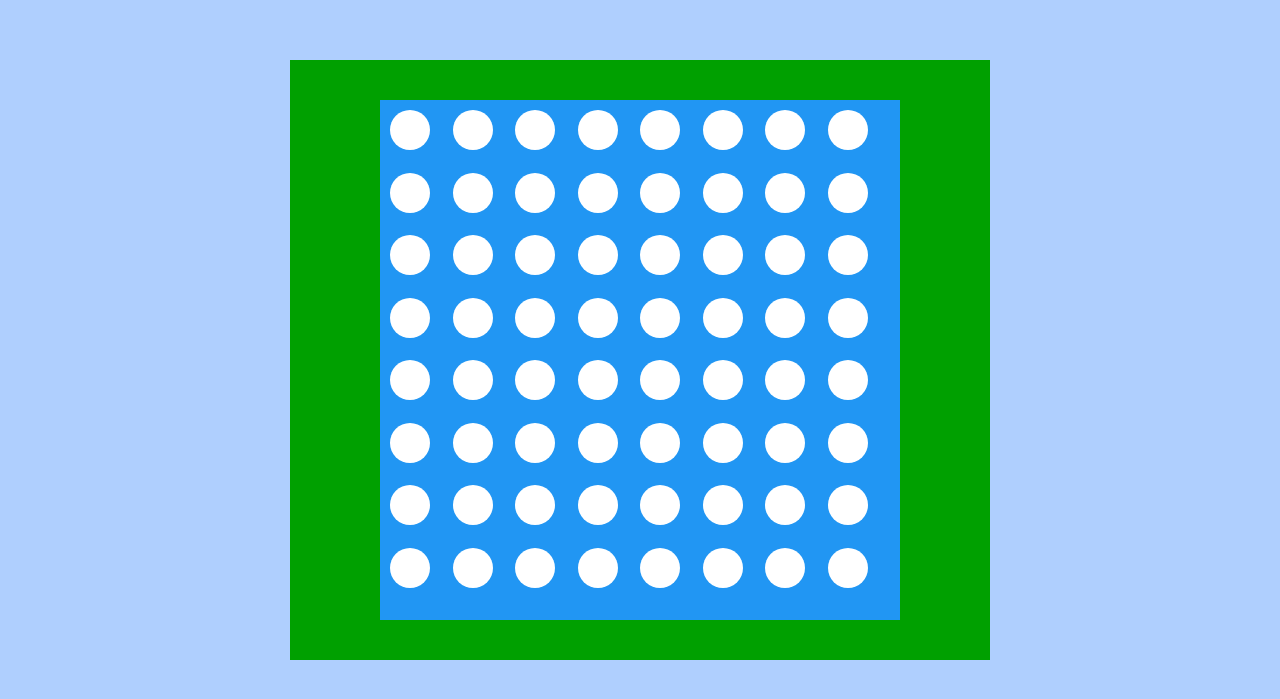
Repository: eliaoucohen72/react-reversi
Page: /
An editor plug-in stored every save of this project. The page is shown before and after a run of saves, followed by the edit.
The browser window is 1280 px wide. The pictures show the whole page.
The project was rebuilt for these pictures with package versions that can differ from the ones it lists, and the page was loaded fresh each time. Also part of the build but not shown: vite.config.ts.

Above is the page before, as saved 2024-08-26 13:03:41.

After the next 2 saves:
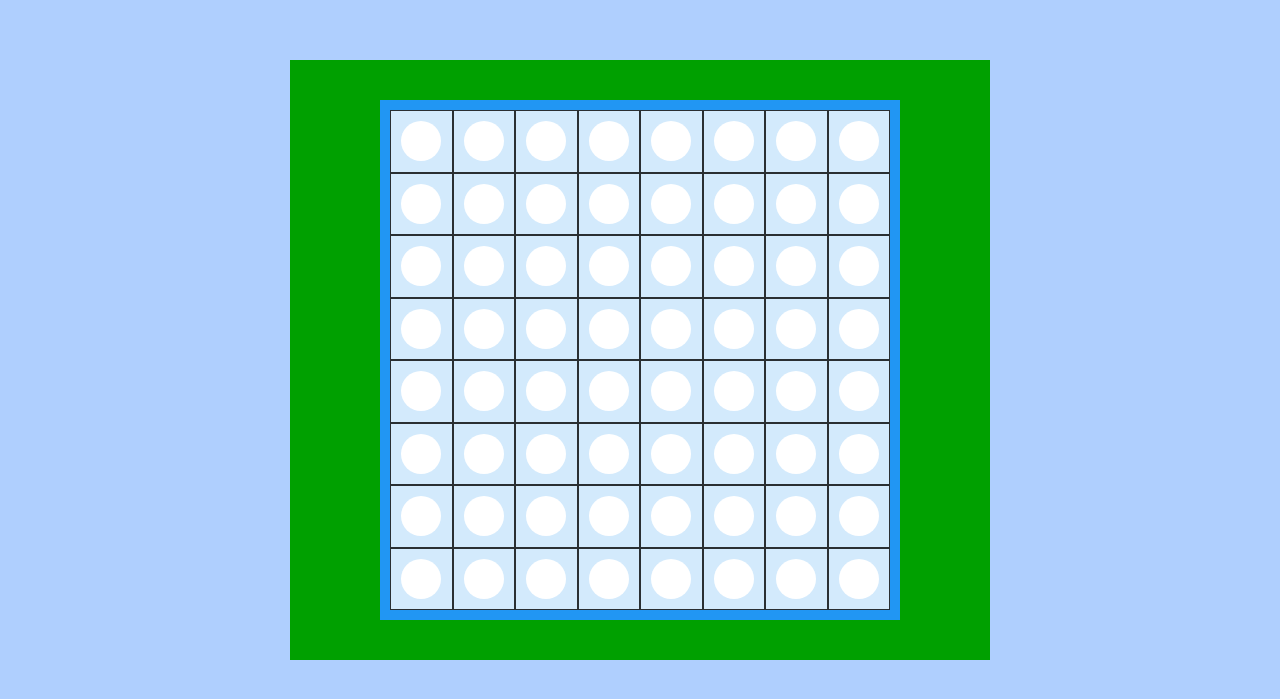
The 2 saves are shown as one change because they came seconds apart.
The last was saved 10 s later.
--- a/src/App.css
+++ b/src/App.css
@@ -26,7 +26,15 @@
   width: 500px;
   height: 500px;
 }
-
+.grid-item {
+  background-color: rgba(255, 255, 255, 0.8);
+  border: 1px solid rgba(0, 0, 0, 0.8);
+  text-align: center;
+  font-size: 16px;
+  display: flex;
+  align-items: center;
+  justify-content: center;
+}
 
 .white-grid-item {
   background-color: rgba(255, 255, 255);
